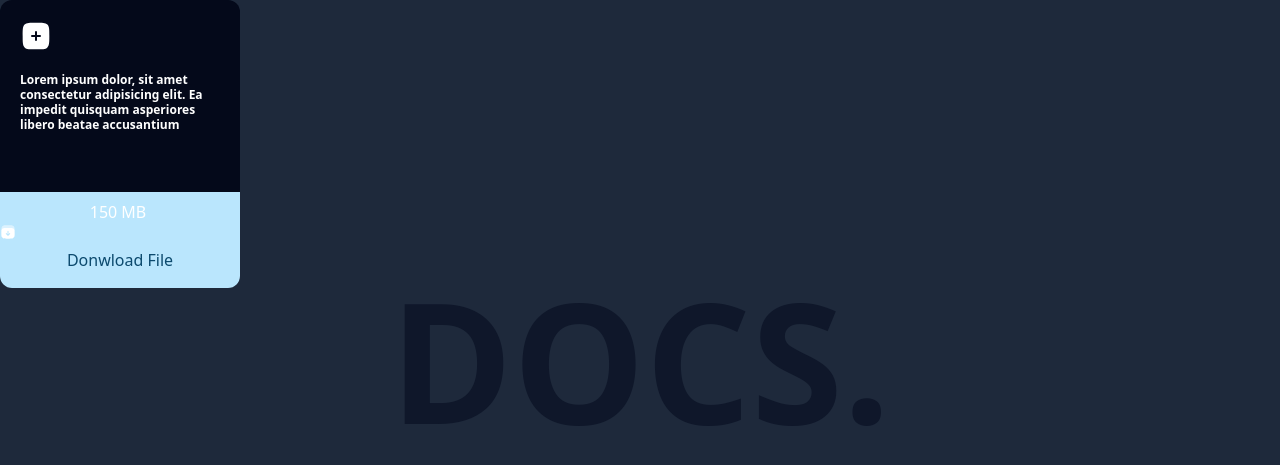
Repository: aliakbarmotallebi/framer-react
Page: /
The author's editor kept a copy of each file at every save. The page is drawn from the files as they stood at one save, then again after the next save.
The browser window is 1280 px wide. The pictures show the whole page.
The project was rebuilt for these pictures with package versions that can differ from the ones it lists, and the page was loaded fresh each time.

Above is the page before, as saved 2024-08-14 18:42:26.

### src/App.js
import React from "react";
import Background from "./components/Background";
import Card from "./components/Card";

function App() {
  return (
    <div className="relative h-screen w-full bg-slate-800">
      <Background />
      <Card />
    </div>
  );
}

export default App;

### src/components/Background.jsx
import React from "react";

function Background() {
    return <h1 className="absolute left-1/2 top-1/2 -translate-x-[50%] -translate-y-[50%] text-[13vw] font-semibold text-slate-900">
    DOCS.
  </h1>
}

export default Background;

### src/components/Card.jsx
import React, { Component } from 'react';

class Card extends Component {
    render() {
        return (
            <div className="w-60 h-72 rounded-xl bg-slate-950/90 p-5 text-white relative overflow-hidden">
                <svg xmlns="http://www.w3.org/2000/svg" className="w-8 h-8" viewBox="0 0 24 24"><path fill="currentColor" fill-rule="evenodd" d="M12 22c-4.714 0-7.071 0-8.536-1.465C2 19.072 2 16.714 2 12s0-7.071 1.464-8.536C4.93 2 7.286 2 12 2s7.071 0 8.535 1.464C22 4.93 22 7.286 22 12s0 7.071-1.465 8.535C19.072 22 16.714 22 12 22m0-13.75a.75.75 0 0 1 .75.75v2.25H15a.75.75 0 0 1 0 1.5h-2.25V15a.75.75 0 0 1-1.5 0v-2.25H9a.75.75 0 0 1 0-1.5h2.25V9a.75.75 0 0 1 .75-.75" clip-rule="evenodd"/></svg>
                <p className="text-xs leading-tight mt-5 font-semibold">
                    Lorem ipsum dolor, sit amet consectetur adipisicing elit. Ea impedit quisquam asperiores libero beatae accusantium
                </p>
                <div className="footer absolute bottom-0 bg-sky-200 w-full py-2 left-0 text-center">
                    <div>
                        <p>
                            150
                            <span className="font-medium px-1">
                                MB
                            </span>
                        </p>
                        <svg xmlns="http://www.w3.org/2000/svg" width="1em" height="1em" viewBox="0 0 24 24"><path fill="currentColor" d="M12 2c4.713 0 7.07 0 8.535 1.464c.757.758 1.123 1.754 1.3 3.192V10H2.164V6.656c.176-1.438.541-2.434 1.299-3.192C4.928 2 7.285 2 11.999 2" opacity="0.5"/><path fill="currentColor" fill-rule="evenodd" d="M2 14c0-2.8 0-4.2.545-5.27A5 5 0 0 1 4.73 6.545C5.8 6 7.2 6 10 6h4c2.8 0 4.2 0 5.27.545a5 5 0 0 1 2.185 2.185C22 9.8 22 11.2 22 14s0 4.2-.545 5.27a5 5 0 0 1-2.185 2.185C18.2 22 16.8 22 14 22h-4c-2.8 0-4.2 0-5.27-.545a5 5 0 0 1-2.185-2.185C2 18.2 2 16.8 2 14m10.75-3a.75.75 0 0 0-1.5 0v4.19l-1.22-1.22a.75.75 0 1 0-1.06 1.06l2.5 2.5a.75.75 0 0 0 1.06 0l2.5-2.5a.75.75 0 1 0-1.06-1.06l-1.22 1.22z" clip-rule="evenodd"/></svg>
                    </div>
                    <button className="text-sky-900 p-2 font-medium">
                        Donwload File
                    </button>
                </div>
            </div>
        );
    }
}

export default Card;

Loaded but not shown: public/index.html (common file); src/index.js (common file); src/index.css (common file); tailwind.config.js (common file)

After the next save:
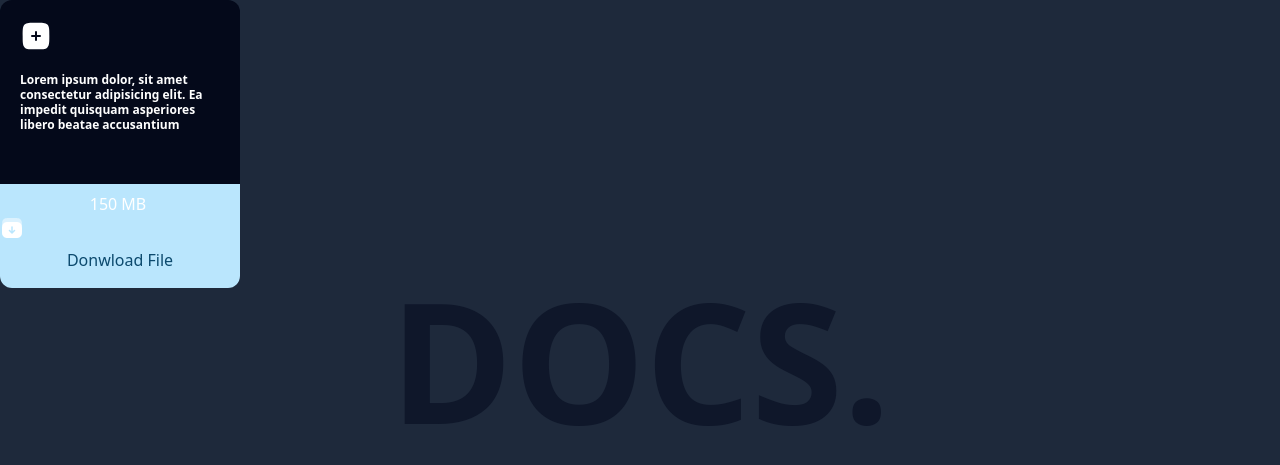
Saved 15 s later.
--- a/src/components/Card.jsx
+++ b/src/components/Card.jsx
@@ -16,7 +16,7 @@ class Card extends Component {
                                 MB
                             </span>
                         </p>
-                        <svg xmlns="http://www.w3.org/2000/svg" width="1em" height="1em" viewBox="0 0 24 24"><path fill="currentColor" d="M12 2c4.713 0 7.07 0 8.535 1.464c.757.758 1.123 1.754 1.3 3.192V10H2.164V6.656c.176-1.438.541-2.434 1.299-3.192C4.928 2 7.285 2 11.999 2" opacity="0.5"/><path fill="currentColor" fill-rule="evenodd" d="M2 14c0-2.8 0-4.2.545-5.27A5 5 0 0 1 4.73 6.545C5.8 6 7.2 6 10 6h4c2.8 0 4.2 0 5.27.545a5 5 0 0 1 2.185 2.185C22 9.8 22 11.2 22 14s0 4.2-.545 5.27a5 5 0 0 1-2.185 2.185C18.2 22 16.8 22 14 22h-4c-2.8 0-4.2 0-5.27-.545a5 5 0 0 1-2.185-2.185C2 18.2 2 16.8 2 14m10.75-3a.75.75 0 0 0-1.5 0v4.19l-1.22-1.22a.75.75 0 1 0-1.06 1.06l2.5 2.5a.75.75 0 0 0 1.06 0l2.5-2.5a.75.75 0 1 0-1.06-1.06l-1.22 1.22z" clip-rule="evenodd"/></svg>
+                        <svg xmlns="http://www.w3.org/2000/svg" className="w-6 h-6" viewBox="0 0 24 24"><path fill="currentColor" d="M12 2c4.713 0 7.07 0 8.535 1.464c.757.758 1.123 1.754 1.3 3.192V10H2.164V6.656c.176-1.438.541-2.434 1.299-3.192C4.928 2 7.285 2 11.999 2" opacity="0.5"/><path fill="currentColor" fill-rule="evenodd" d="M2 14c0-2.8 0-4.2.545-5.27A5 5 0 0 1 4.73 6.545C5.8 6 7.2 6 10 6h4c2.8 0 4.2 0 5.27.545a5 5 0 0 1 2.185 2.185C22 9.8 22 11.2 22 14s0 4.2-.545 5.27a5 5 0 0 1-2.185 2.185C18.2 22 16.8 22 14 22h-4c-2.8 0-4.2 0-5.27-.545a5 5 0 0 1-2.185-2.185C2 18.2 2 16.8 2 14m10.75-3a.75.75 0 0 0-1.5 0v4.19l-1.22-1.22a.75.75 0 1 0-1.06 1.06l2.5 2.5a.75.75 0 0 0 1.06 0l2.5-2.5a.75.75 0 1 0-1.06-1.06l-1.22 1.22z" clip-rule="evenodd"/></svg>
                     </div>
                     <button className="text-sky-900 p-2 font-medium">
                         Donwload File
